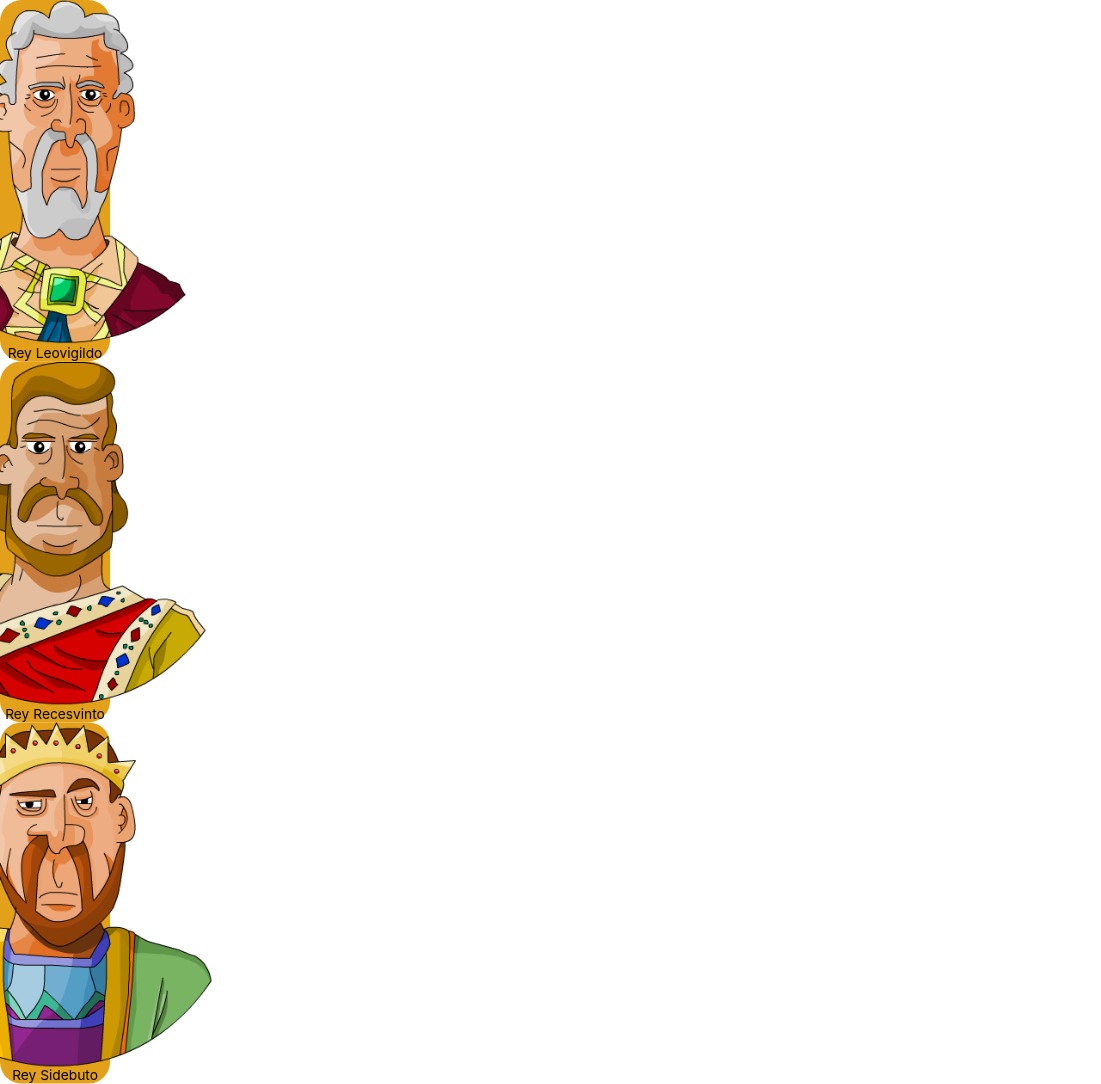
Repository: abgdev1997/ejercicios-react
Page: /
The author's editor kept a copy of each file at every save. The page is drawn from the files as they stood at one save, then again after the next save.
The browser window is 1280 px wide. The pictures show the whole page, at 86% of full size.
The project was rebuilt for these pictures with package versions that can differ from the ones it lists, and the page was loaded fresh each time.

Above is the page before, as saved 2022-02-22 09:45:25.

After the next save:
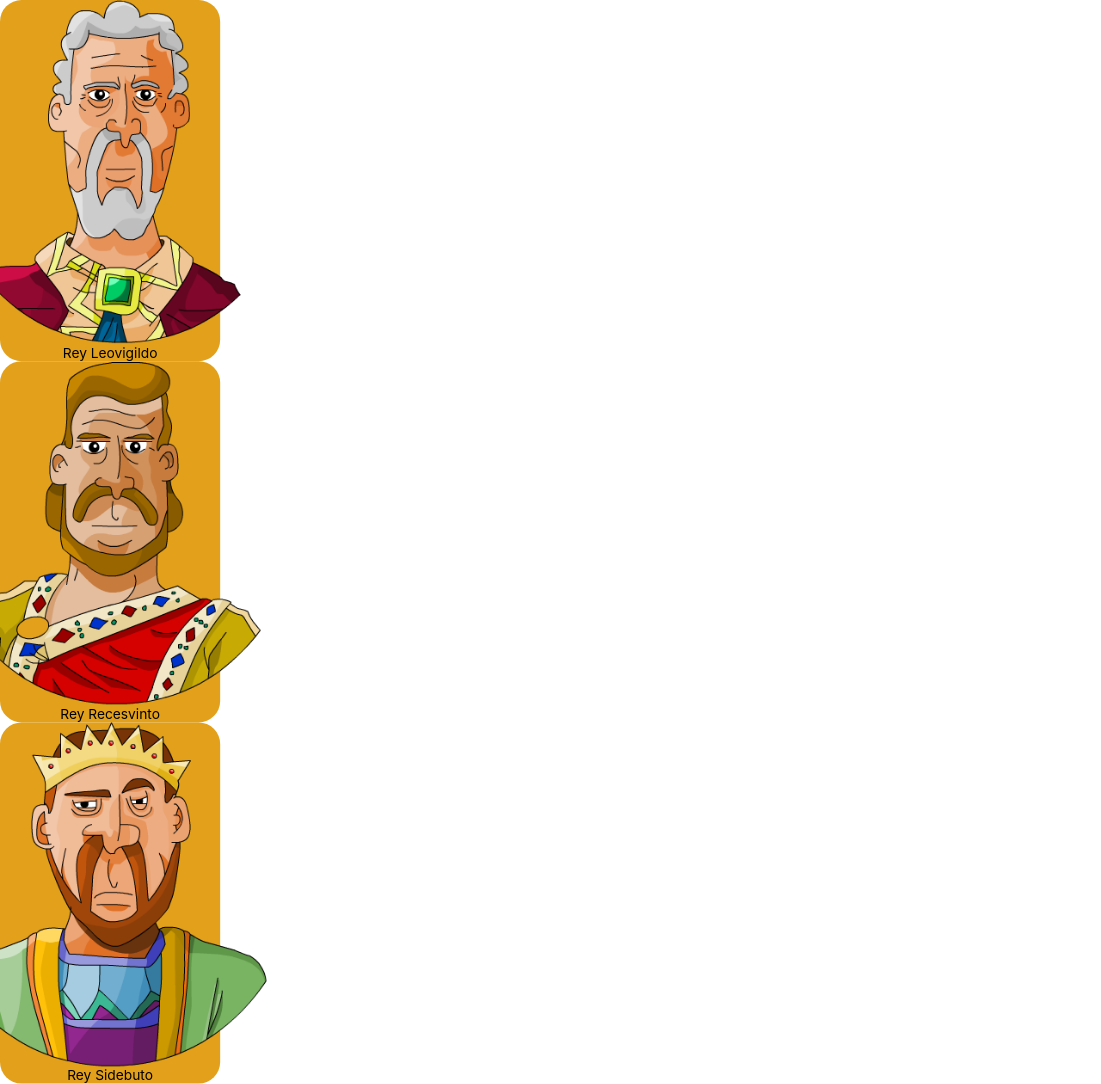
Saved 7 s later.
--- a/src/App.css
+++ b/src/App.css
@@ -8,5 +8,5 @@
   display:flex;
   flex-direction: column;
   align-items:center;
-  width: 10%;
+  width: 20%;
 }
